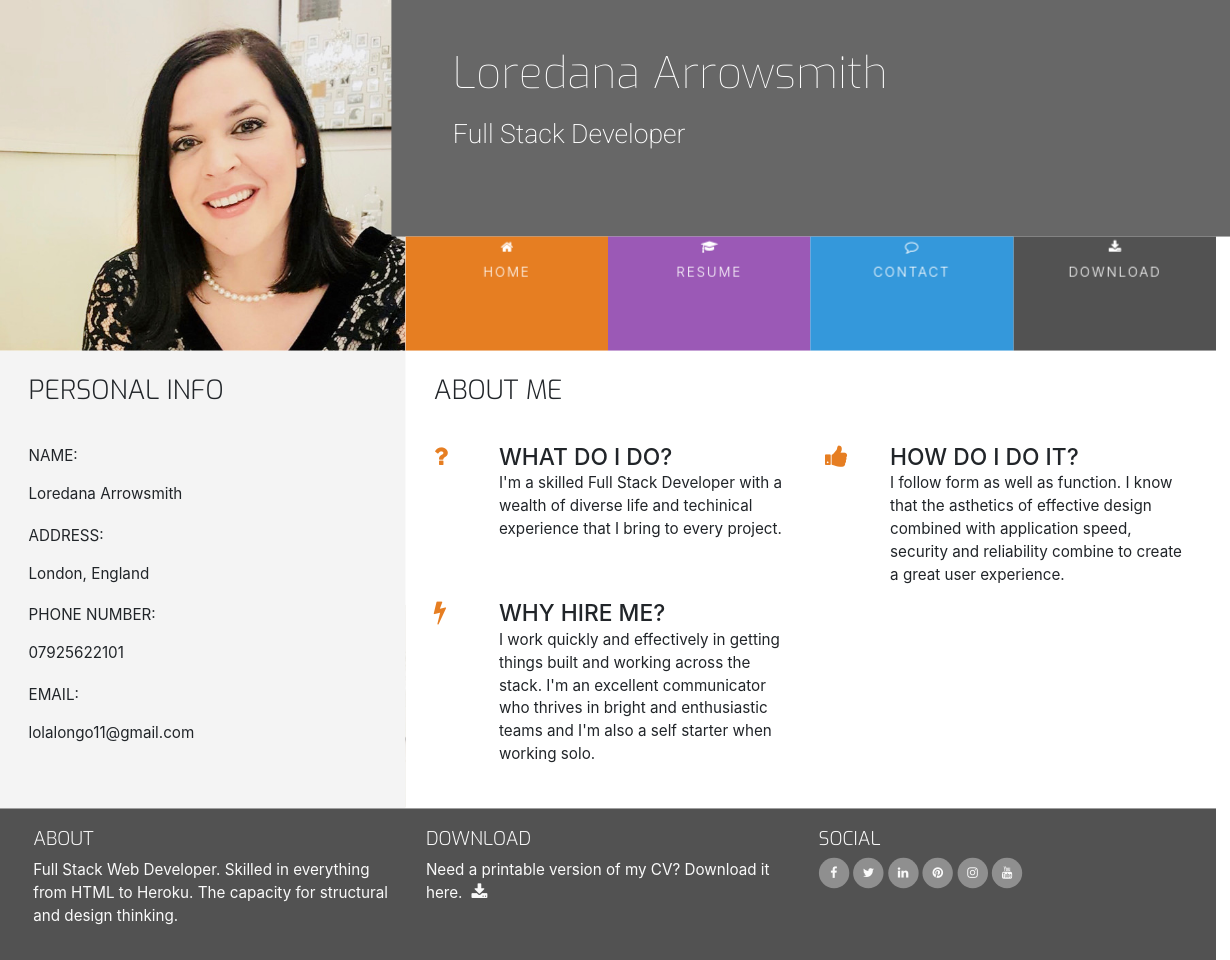
Repository: lolalongo11/Loredana-Resume
Page: index.html
The author's editor kept a record of every edit. The page is drawn from the files as they stood at one moment, then again after the next edit.
The browser window is 1280 px wide. The page is 1295 px wide, so the pictures cover 1295 px, including what lies to the right of the window. The pictures show the whole page, at 95% of full size.

Above is the page before.

After the next edit:
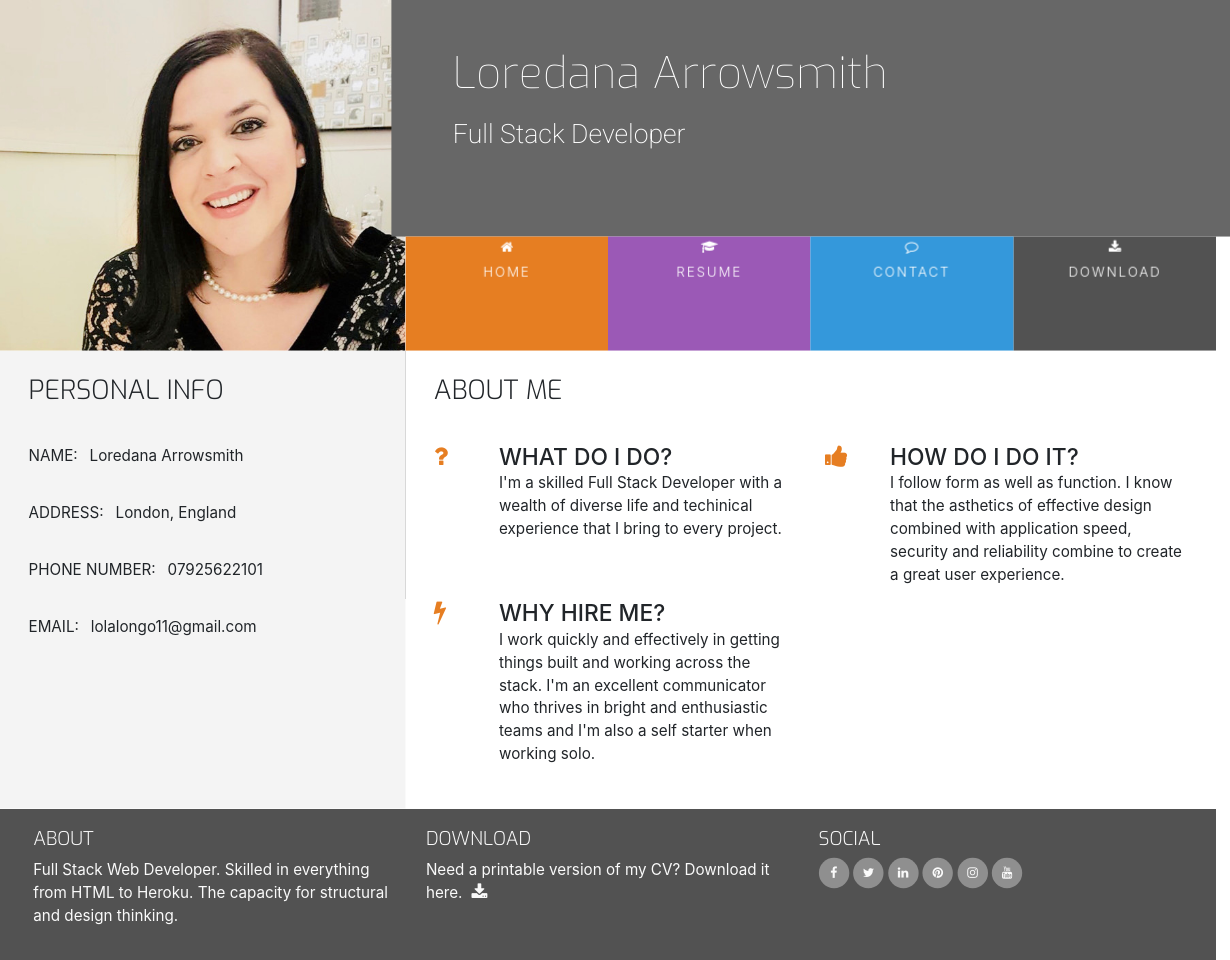
The edit:
--- a/assets/css/style.css
+++ b/assets/css/style.css
@@ -239,8 +239,8 @@
     clear: both;
 }
 
-.personal-item-info .key,
-.personal-item-info .value {
+.personal-info-item .key,
+.personal-info-item .value {
   padding-right: 8px;
   display: inline-block;
 }
